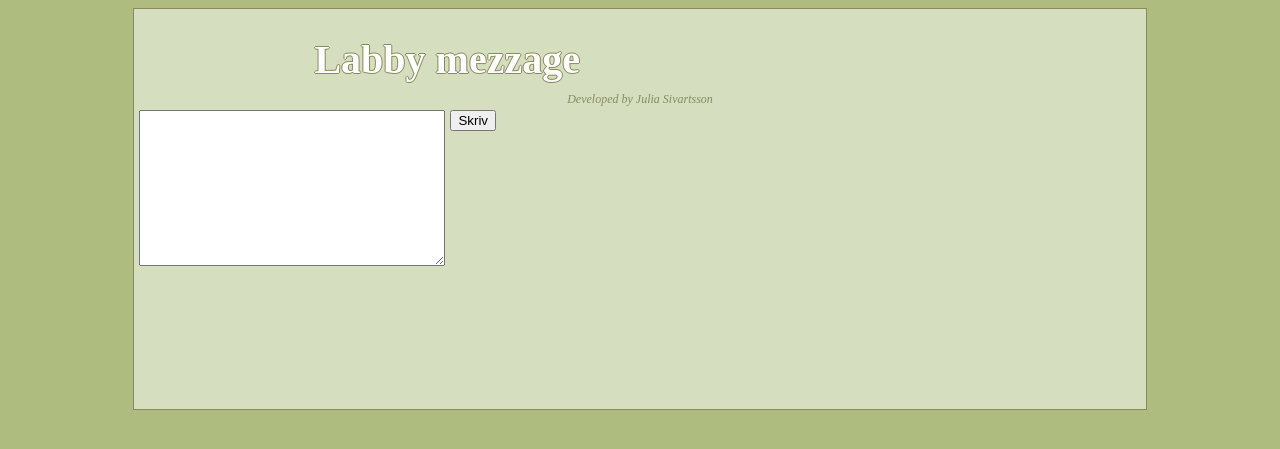
Repository: JuliaSivartsson/1dv403-jsigc09-laborationer
Page: 2-labbymezzage/Extraupgift/index.html
The author's editor kept a record of every edit. The page is drawn from the files as they stood at one moment, then again after the next edit.
The browser window is 1280 px wide. The pictures show the whole page.

Above is the page before.
Console error (its wording comes from the project's code and is left out).

After the next edit:
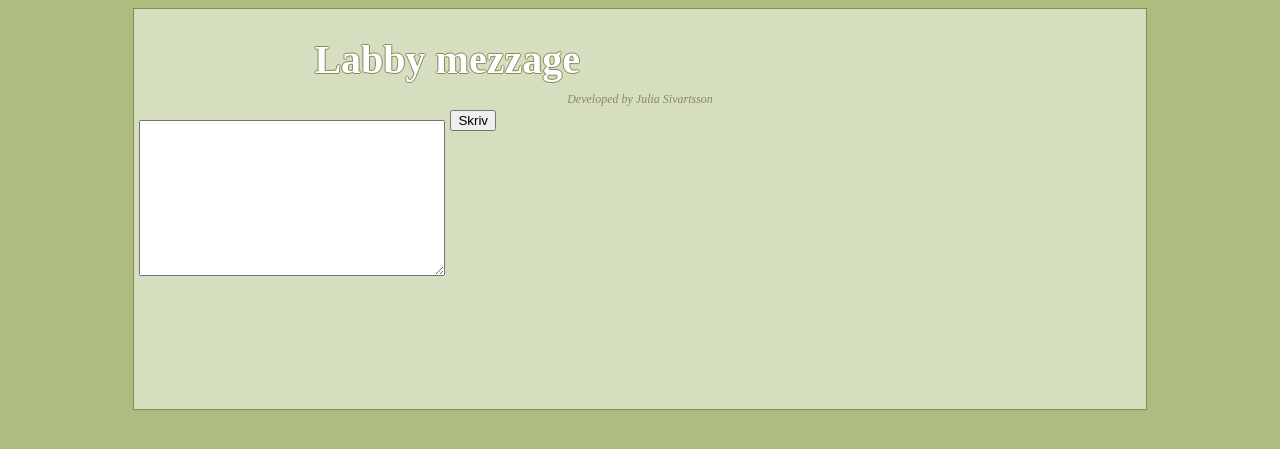
The edit:
--- a/2-labbymezzage/Extraupgift/css/style.css
+++ b/2-labbymezzage/Extraupgift/css/style.css
@@ -47,7 +47,7 @@
 }
 
 textarea{
-    margin: 0 5px 5px;
+    margin: 10px 5px 0 5px;
     width: 300px;
     height: 150px;
 }
